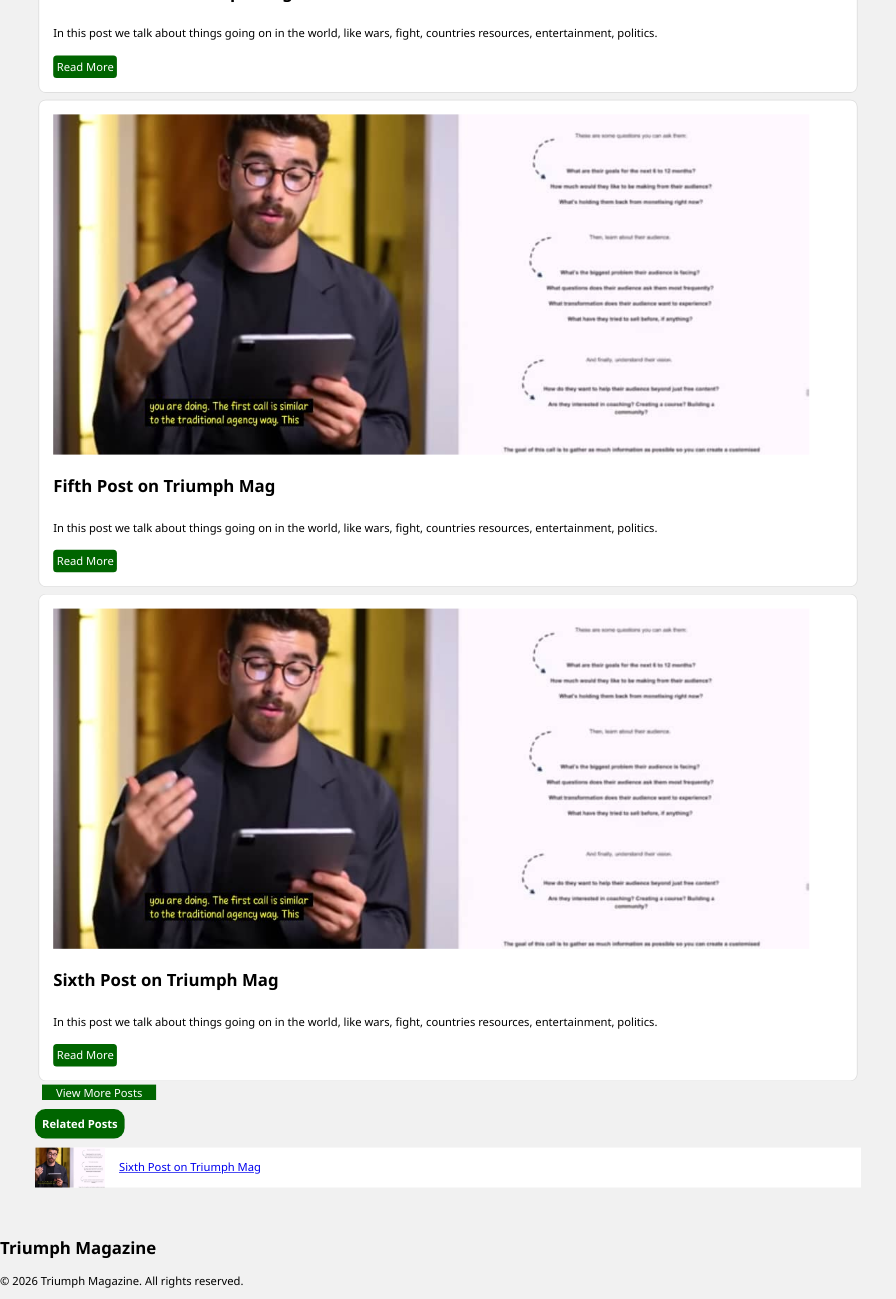
Repository: zikcolle/Triumph-Blog
Page: index.html
The author's editor kept a copy of each file at every save. The page is drawn from the files as they stood at one save, then again after the next save.
The browser window is 1280 px wide. The pictures show the part of the page from y = 3599 to 5519 px (the page is 5455 px tall before and 5519 px after), at 70% of full size.

Above is the page before, as saved 2026-06-22 10:05:53.

### index.html
<!DOCTYPE html>
<html lang="en">

<head>
    <meta charset="UTF-8">
    <meta name="viewport" content="width=device-width, initial-scale=1.0">
    <title>Triumph Magazine</title>
    <link rel="stylesheet" href="styles.css">
</head>

<body>
    <header>
        <nav>
            <div class="logo">Triumph Magazine</div>
            <div class="hamburger" onclick="toggleMenu()">
                <svg width="30" height="30">
                    <line x1="3" y1="5" x2="27" y2="5" stroke="black" stroke-width="3" />
                    <line x1="3" y1="15" x2="27" y2="15" stroke="black" stroke-width="3" />
                    <line x1="3" y1="25" x2="27" y2="25" stroke="black" stroke-width="3" />
                </svg>


            </div>
            <ul id="nav-links">
                <li><a href="#">Home</a></li>
                <li><a href="/about-us">About</a></li>
                <li><a href="/contact-us">Contact</a></li>
            </ul>
        </nav>
    </header>


    <main>
        <section>
            <div>
                <h2 class="label-post">Trending Post 🔥</h2>
            </div>
            <div class="feat-post">
                <img src="simage\postiman.jpeg">
                <h1>How to make mony online as a beginner</h1>
                <p>In this post you would learn how to make money as a beginner as we delve into 20 ways you can earn
                    using your phone and the internet. These methods have been proven by millions of people in the
                    digital space and its best for you to know about it.</p>
                <a href="#" class="read-more">Read More</a>
            </div>
        </section>

        <section>
            <div>
                <h2 class="label-post" id="post-label">Recent Post</h2>
            </div>

            <div class="post-grid">
                <div class="blog-post">
                    <img src="simage\postiman.jpeg">
                    <h1>First Post on Triumph Mag</h1>
                    <p>In this post we talk about things going on in the world, like wars, fight, countries resources,
                        entertainment, politics.</p>
                    <a href="#" class="read-more">Read More</a>
                </div>

                <div class="blog-post">
                    <img src="simage\postiman.jpeg">
                    <h1>Second Post on Triumph Mag</h1>
                    <p>In this post we talk about things going on in the world, like wars, fight, countries resources,
                        entertainment, politics.</p>
                    <a href="#" class="read-more">Read More</a>
                </div>

                <div class="blog-post">
                    <img src="simage\postiman.jpeg">
                    <h1>Third Post on Triumph Mag</h1>
                    <p>In this post we talk about things going on in the world, like wars, fight, countries resources,
                        entertainment, politics.</p>
                    <a href="#" class="read-more">Read More</a>
                </div>

                <div class="blog-post">
                    <img src="simage\postiman.jpeg">
                    <h1>Fourth Post on Triumph Mag</h1>
                    <p>In this post we talk about things going on in the world, like wars, fight, countries resources,
                        entertainment, politics.</p>
                    <a href="#" class="read-more">Read More</a>
                </div>

                <div class="blog-post">
                    <img src="simage\postiman.jpeg">
                    <h1>Fifth Post on Triumph Mag</h1>
                    <p>In this post we talk about things going on in the world, like wars, fight, countries resources,
                        entertainment, politics.</p>
                    <a href="#" class="read-more">Read More</a>
                </div>

                <div class="blog-post">
                    <img src="simage\postiman.jpeg">
                    <h1>Sixth Post on Triumph Mag</h1>
                    <p>In this post we talk about things going on in the world, like wars, fight, countries resources,
                        entertainment, politics.</p>
                    <a href="#" class="read-more">Read More</a>
                </div>

            </div>
        </section>
        <a href="/blog" class="view-more">View More Posts</a>
        <section>
            <h2 class="label-post">Related Posts</h2>
            <div class="rel-post">
                <img src="simage\postiman.jpeg">
                <p><a href="/blog">Sixth Post on Triumph Mag</a></p>
            </div>
        </section>
    </main>

    <footer>
        <h2>Triumph Magazine</h2>
        <p>© 2026 Triumph Magazine. All rights reserved.</p>
    </footer>

</body>

</html>

<script>
    function toggleMenu() {
        document.getElementById('nav-links').classList.toggle('active');
    }
</script>

### styles.css
body {
    background-color: rgb(241, 241, 241);
    color: rgb(0, 0, 0);
    font-family:'Segoe UI', Tahoma, Geneva, Verdana, sans-serif;
    padding: 0;
    margin: 0;

}

header {
    background-color: rgba(255,255,255,0.92);
    padding: 10px 20px;
    border-bottom: 1px solid rgba(0, 0, 0, 0.108);
    backdrop-filter: blur(20px) saturate(180%);
    -webkit-backdrop-filter: blur(20px) saturate(180%);
    box-shadow: 0 1px 0 rgba(0,0,0,0.04), 0 2px 16px rgba(0,0,0,0.04);
    color: rgb(0, 101, 0);
    width: 100%;
    box-sizing: border-box;
}

nav {
    display: flex;
    justify-content: space-between;
    align-items: center;
}

nav ul {
    list-style: none;
    display: flex;
    gap: 20px;
    margin: 0;
    padding: 0;
}

nav ul li a {
    text-decoration: none;
    color: rgb(0, 0, 0);
}

nav a:hover {
    color: rgb(0, 101, 0);
    text-decoration: underline;
}

.hamburger {
    display: none;
    font-size: 24px;
}

@media (max-width: 768px) {
    nav ul {
        display: none;
        flex-direction: column;
        position: absolute;
        top: 60px;
        right: 0;
        background: rgb(255, 255, 255);
        width: 100%;
        text-align: center;
        padding: 20px;
        box-shadow: 0 2px 5px rgba(0, 0, 0, 0.1);
        z-index: 1000;
    }

    nav ul.active {
        display: flex !important;
    }

    nav ul li {
        margin: 10px 0;
    }

    .hamburger {
        display: block;
        cursor: pointer;
    }
}

main {
    padding: 50px;
}

img, svg, video, canvas, iframe {
  max-width: 100%;
  height: auto;
  display: block;
}

.label-post {
    background-color: rgb(0, 101, 0);
    color: rgb(255, 255, 255);
    max-width: fit-content;
    padding: 10px;
    border-radius: 15px;
    font-size: 1rem;
}

.feat-post {
    background-color: rgb(255, 255, 255);
    border: 1px solid rgba(0, 0, 0, 0.129);
    max-width: 100%;
    height: auto;
    align-items: center;
    display: block;
    border-radius: 10px;
    backdrop-filter: blur(20px) saturate(180%);
    -webkit-backdrop-filter: blur(20px) saturate(180%);
    box-shadow: 0 1px 0 rgba(0,0,0,0.04), 0 2px 16px rgba(0,0,0,0.04);
    padding: 20px;
    image-rendering: auto;
    justify-content: center;
}

.read-more {
    background-color: rgb(0, 101, 0);
    color: rgb(255, 255, 255);
    text-decoration: none;
    max-width: fit-content;
    padding: 5px;
    border-radius: 5px;
}

.post-grid {
    display: grid;
    grid-template-columns: repeat(auto-fit, minmax(600px, 1fr));
}

.blog-post {
    background-color: rgb(255, 255, 255);
    border: 1px solid rgba(0, 0, 0, 0.129);
    border-radius: 10px;
    padding: 20px;
    margin: 5px;
    line-height: 2;
}

.view-more {
    background-color: rgb(0, 101, 0);
    color: rgb(255, 255, 255);
    text-decoration: none;
    padding: 20px;
    margin: 10px;
    padding-top: 0;
    padding-bottom: 0;
}

.rel-post {
   display: flex;
   align-items: center;
   gap: 20px;
   background-color: rgb(255, 255, 255);
   max-width:;
}

.rel-post img {
    width: 100px;
    aspect-ratio: 16 / 9;
    object-fit: cover;
}

After the next save:
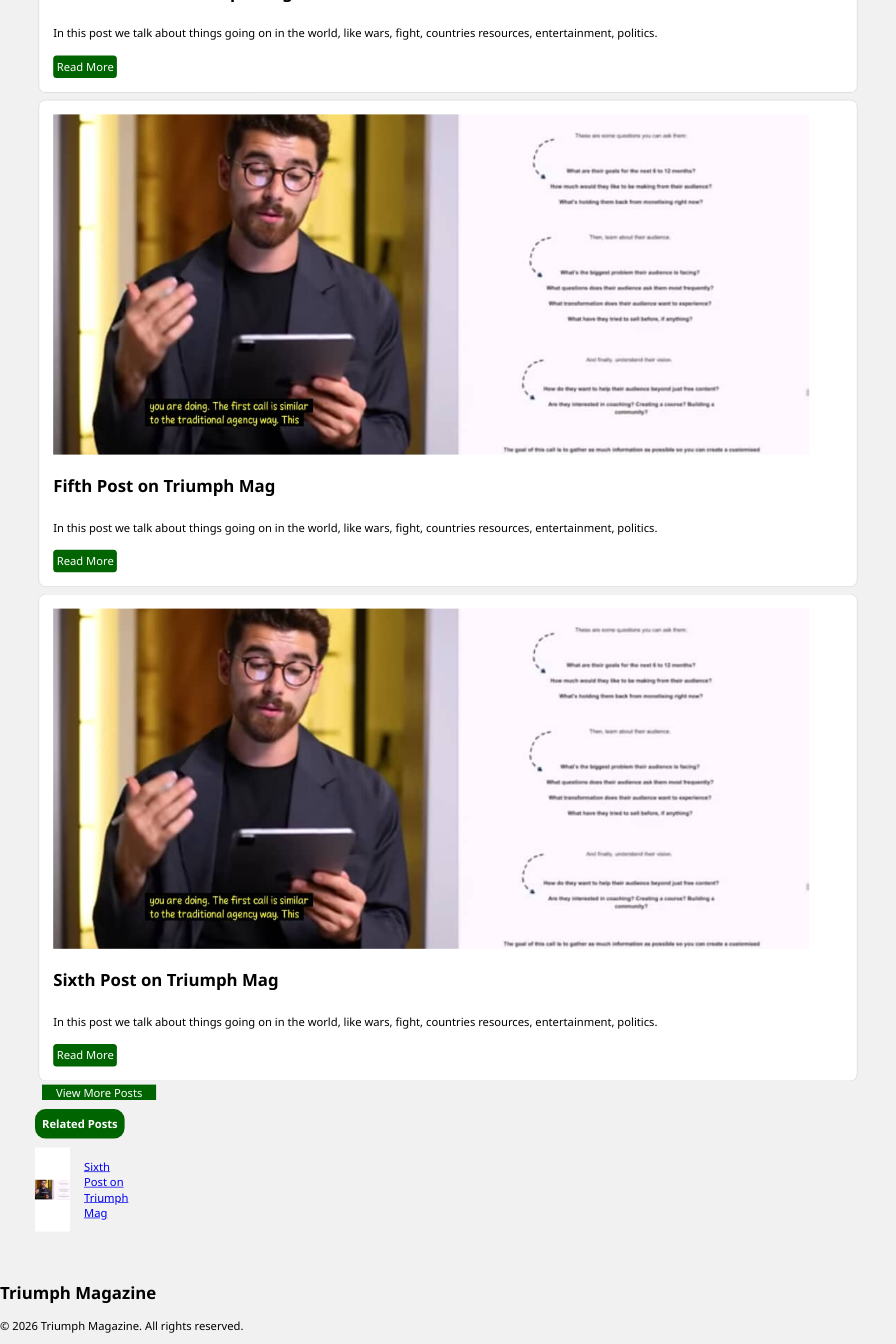
Saved 7 s later.
--- a/styles.css
+++ b/styles.css
@@ -150,7 +150,7 @@
    align-items: center;
    gap: 20px;
    background-color: rgb(255, 255, 255);
-   max-width:;
+   max-width:50px;
 }
 
 .rel-post img {

After the 3 saves that followed:
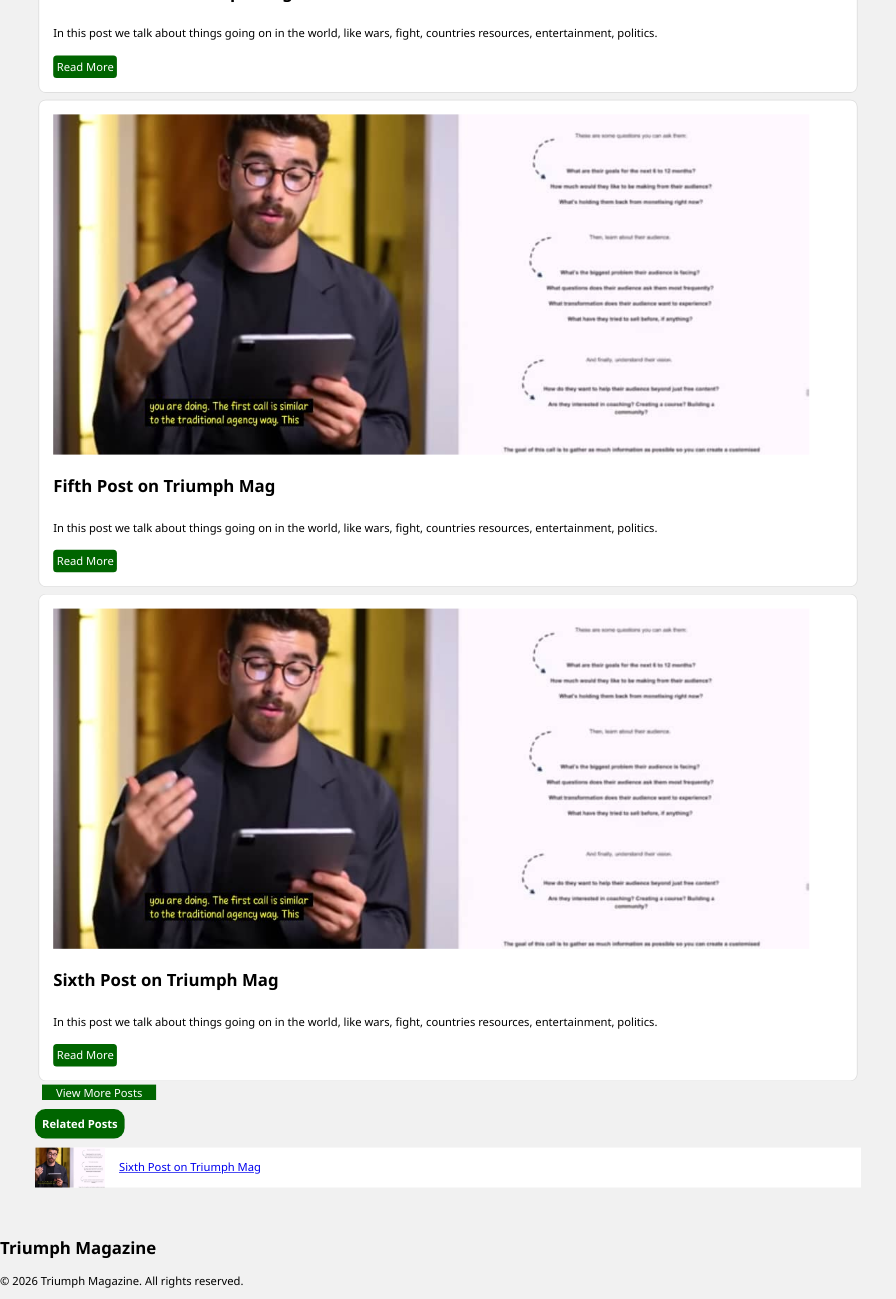
The 3 saves are shown as one change because 1 left the picture as it was and some came seconds apart.
The last was saved 22 s later.
--- a/styles.css
+++ b/styles.css
@@ -150,7 +150,7 @@
    align-items: center;
    gap: 20px;
    background-color: rgb(255, 255, 255);
-   max-width:50px;
+   ;
 }
 
 .rel-post img {
